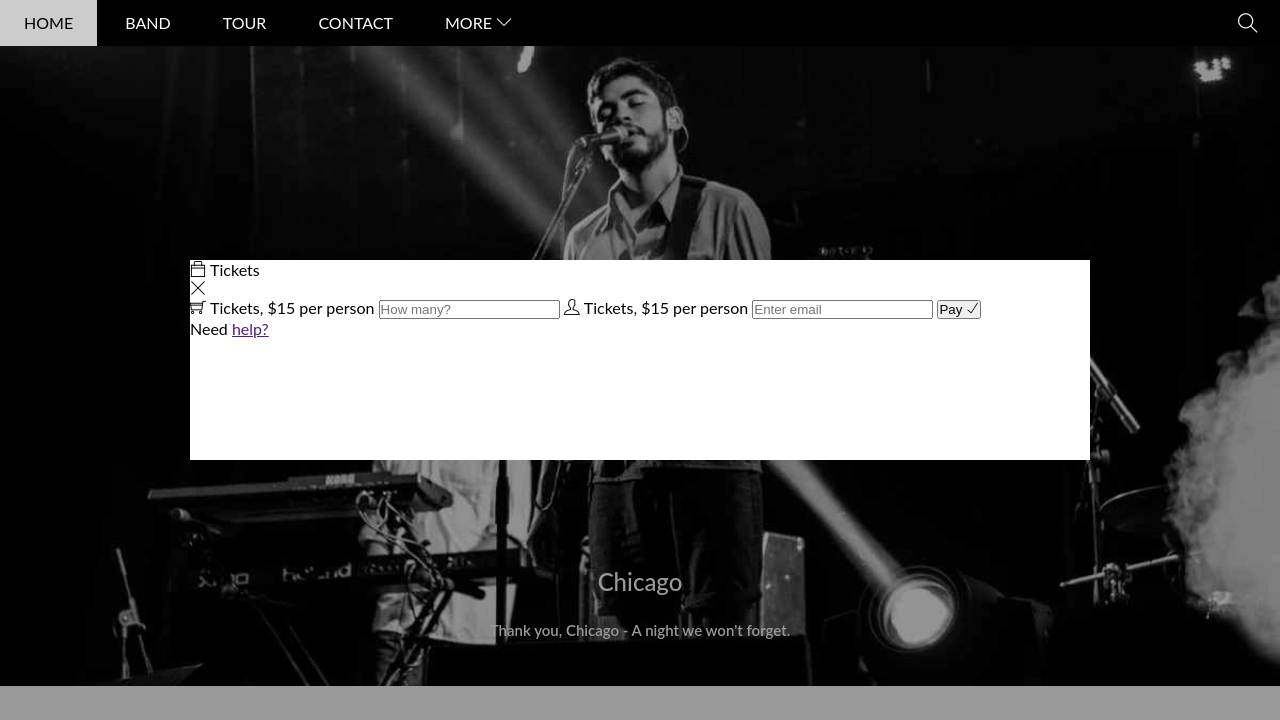
Repository: tatvanhco/web-dau-tay
Page: index.html
These files come from the project's save history. The page is drawn as it stood at one moment and after the next save; the edit follows.
The browser window is 1280 px wide. The pictures show the window.
A layer covers the whole window, so only the first screen is drawn.

Above is the page before, as saved 2022-01-24 17:34:52.

### index.html
<!DOCTYPE html>
<html lang="en">
<head>
    <meta charset="UTF-8">
    <!-- <meta http-equiv="X-UA-Compatible" content="IE=edge"> -->
    <meta name="viewport" content="width=device-width, initial-scale=1.0">
    <title>the band</title>
    <link rel="shortcut icon" href="./assets/img/band/logo.png" type="image/x-icon">
    <link rel="stylesheet" href="./assets/fronts/themify-icons/themify-icons.css">
    <link rel="stylesheet" href="./assets/css/style.css">
    <link rel="stylesheet" href="./assets/css/responsive.css">
</head>
<body>
    <div id="main">
        <div id="header">
            <ul id="nav">
                <li><a href="#">home</a></li>
                <li><a href="#band">band</a></li>
                <li><a href="#tour">tour</a></li>
                <li><a href="#contact">contact</a></li>
                <li>
                    <a href="#">more
                        <i class="drop-down ti-angle-down"></i>
                    </a>
                    <div class="subnav">
                        <ul>
                            <li><a href="#">Merchandise</a></li>
                            <li><a href="#">Extras</a></li>
                            <li><a href="#">Media</a></li>
                        </ul>
                    </div>
                </li>
            </ul>
            <div class="search-btn">
                <i class="search-icon ti-search"></i>
            </div>
        </div>
        <div id="slide">
            <div class="text-content">
                <h2 class="text-heading">Chicago</h2>
                <div class="text-desc">Thank you, Chicago - A night we won't forget.</div>
            </div>
        </div>
        <div id="content">
            <div id="band" class="content-section">
                <h2 class="section-heading">THE BAND</h2>
                <p class="section-sub-heading">We love music</p>
                <p class="about">
                    We have created a fictional band website. Lorem ipsum dolor sit amet, consectetur adipiscing elit, sed do eiusmod tempor incididunt ut labore et dolore magna aliqua. Ut enim ad minim veniam, quis nostrud exercitation ullamco laboris nisi ut aliquip ex ea commodo consequat. Duis aute irure dolor in reprehenderit in voluptate velit esse cillum dolore eu fugiat nulla pariatur. Excepteur sint occaecat cupidatat non proident, sunt in culpa qui officia deserunt mollit anim id est laborum consectetur adipiscing elit, sed do eiusmod tempor incididunt ut labore et dolore magna aliqua. Ut enim ad minim veniam, quis nostrud exercitation ullamco laboris nisi ut aliquip ex ea commodo consequat.
                </p>
                <div class="row team">
                    <div class="col col-3 text-center">
                        <p class="team-name">Name</p>
                        <img src="./assets/img/band/member.jpg" class="team-img">
                    </div>

                    <div class="col col-3 text-center">
                        <p class="team-name">Name</p>
                        <img src="./assets/img/band/member.jpg" class="team-img">
                    </div>

                    <div class="col col-3 text-center">
                        <p class="team-name">Name</p>
                        <img src="./assets/img/band/member.jpg" class="team-img">
                    </div>
                </div>
            </div>

            <div id="tour" class="tour-section">
                <div class="content-section">
                    <h2 class="text-white section-heading">TOUR DATES</h2>
                    <p class="text-white section-sub-heading">Remember to book your tickets!</p>
                    <ul class="ticket-list">
                        <li>September<span class="soldout">Sold out</span></li>
                        <li>October<span class="soldout">Sold out</span></li>
                        <li>November<span class="quatity">3</span></li>
                    </ul>
                    <div class="row place-list">
                        <div class="col col-3">
                            <img src="./assets/img/places/place1.jpg" class="place-img">
                            <div class="place-body">
                                <h3 class="place-heading">New York</h3>
                                <p class="place-time">Fri 27 Nov 2016</p>
                                <p class="place-desc">Praesent tincidunt sed tellus ut rutrum sed vitae justo.</p>
                                <a href="#" class="btn">Buy Tickets</a>
                            </div>
                        </div>
                        <div class="col col-3">
                            <img src="./assets/img/places/place2.jpg" class="place-img">
                            <div class="place-body">
                                <h3 class="place-heading">Paris</h3>
                                <p class="place-time">Sat 28 Nov 2016</p>
                                <p class="place-desc">Praesent tincidunt sed tellus ut rutrum sed vitae justo.</p>
                                <a href="#" class="btn">Buy Tickets</a>
                            </div>
                        </div>
                        <div class="col col-3">
                            <img src="./assets/img/places/place3.jpg" class="place-img">
                            <div class="place-body">
                                <h3 class="place-heading">San Francisco</h3>
                                <p class="place-time">Sun 29 Nov 2016</p>
                                <p class="place-desc">Praesent tincidunt sed tellus ut rutrum sed vitae justo.</p>
                                <a href="#" class="btn">Buy Tickets</a>
                            </div>
                        </div>
                    </div>
                </div>
            </div>

            <div id="contact" class="content-section">
                <h2 class="section-heading">CONTACT</h2>
                <p class="section-sub-heading">Fan? Drop a note!</p>
                <div class="row contact-content">
                    <div class="col col-2 contact-info">
                        <p><i class="ti-location-pin"></i>Chicago, US</p>
                        <p><i class="ti-mobile"></i>Phone: +00 151515</p>
                        <p><i class="ti-email"></i>Email: mail@mail.com</p>
                    </div>
                    <div class="col col-2 contact-form">
                        <form action="">
                            <div class="row">
                                <div class="col col-2">
                                    <input type="text" placeholder="Name" required class="form-control">
                                </div>
                                <div class="col col-2">
                                    <input type="email" placeholder="Email" required class="form-control">
                                </div>
                            </div>
                            <div class="row mt-8">
                                <div class="col col-full">
                                    <input type="text" placeholder="Message" required class="form-control">
                                </div>
                            </div>
                            <input class="btn pull-right mt-16" type="submit" value="SEND">
                        </form>
                    </div>
                </div>
            </div>

            <div class="map-section">
                <img src="./assets/img/places/map.jpg" alt="map">
            </div>
        </div>

        <div id="footer">
            <div class="end-list">
                <a href=""><i class="ti-facebook"></i></a>
                <a href=""><i class="ti-instagram"></i></a>
                <a href=""><i class="ti-github"></i></a>
                <a href=""><i class="ti-pinterest"></i></a>
                <a href=""><i class="ti-twitter-alt"></i></a>
                <a href=""><i class="ti-linkedin"></i></a>
            </div>
            <p class="copy-right">Powered by <a href="https://www.w3schools.com/w3css/default.asp">W3.css</a></p>
        </div>
    </div>

    <div class="modal">
        <div class="modal-container">
            <header class="modal-header">
                <i class="ti-bag"></i>
                Tickets
            </header>
            <div class="close-btn">
                <i class="ti-close"></i>
            </div>
            <div class="modal-body">
                <label for="" class="modal-label">
                    <i class="ti-shopping-cart"></i>
                    Tickets, $15 per person
                </label>
                <input type="text" placeholder="How many?" class="modal-input">

                <label for="" class="modal-label">
                    <i class="ti-user"></i>
                    Tickets, $15 per person
                </label>
                <input type="email" placeholder="Enter email" class="modal-input">

                <button class="buy-titkets">
                    Pay <i class="ti-check"></i>
                </button>
            </div>
            <footer class="modal-footer">
                <p class="modal-help">Need <a href="">help?</a> </p>
            </footer>
        </div>
    </div>
</body>
</html>

### assets/css/style.css
/* reset trang */
* {
    margin: 0;
    padding: 0;
    box-sizing: border-box;
}

html {
    scroll-behavior: smooth;
    font-family: "Lato", sans-serif;
}
/* dùng chung */
.clear {
    clear: both;
}

.text-white {
    color: #fff !important;
}

.text-center {
    text-align: center;
}

.pull-right {
    float: right !important;
}

.btn {
    color: #fff;
    background-color: #000;
    text-decoration: none;
    padding: 12px 16px;
    margin-top: 15px;
    display: inline-block;
    border: none;
}

.btn:hover {
    color: #000;
    background-color: #ccc;
    cursor: pointer;
}


.row {
    margin-left: -8px;
    margin-right: -8px;
}

.row::after {
    content: "";
    display: block;
    clear: both;
}

.col {
    float: left;
    padding-left: 8px;
    padding-right: 8px;
}

.col-3 {
    width: 33.33333%;
}

.col-2 {
    width: 50%;
}

.col-full {
    width: 100%;
}

.mt-8 {
    margin-top: 8px !important;
}

.mt-16 {
    margin-top: 16px !important;
}
/* css từng thành phần */
#header {
    width: 100%;
    height: 46px;
    background-color: #000;
    position: fixed;
    top: 0;
    left: 0;
    right: 0;
    z-index: 1;
}
#nav {
    display: inline-block;
}

#nav > li {
    display: inline-block;
}

#nav li {
    position: relative;
    list-style-type: none;
}

#nav > li > a {
    color: #fff;
    text-transform: uppercase;
}

#nav li a {
    text-decoration: none;
    padding: 0 24px;
    line-height: 46px;
    display: block;

}

#nav li:hover .subnav {
    display: block;
}

#nav .subnav li:hover a,
#nav > li:hover > a {
    background-color: #ccc;
    color: #000;
}

#nav .subnav {
    display: none;
    min-width: 160px;
    position: absolute;
    top: 100%;
    left: 0;
    background-color: #fff;
    box-shadow: 0 0 10px rgba(0, 0, 0, 0.3);
}

#nav .subnav a {
    color: #000;
    padding: 0px 24px;
    line-height: 38px;
}

#header .search-btn {
    float: right;
    padding: 0 22px;
    cursor: pointer;
}

#header .search-btn:hover {
    background-color: #f44336;
}

#header .search-icon {
    color: #fff;
    font-size: 20px;
    line-height: 46px;
}

#slide {
    position: relative;
    margin-top: 46px;
    padding-top: 50%;
    background: url(/assets/img/slider/chicago.jpg) top center / cover no-repeat;
}

#slide .text-content {
    color: #fff;
    position: absolute;
    bottom: 47px;
    /* cách canh giữa
    left: 50%;
    transform: translateX(-50%); */
    width: 100%;
    text-align: center;
}

#slide .text-heading {
    font-weight: 500;
    font-size: 24px;
}

#slide .text-desc {
    font-weight: 600;
    margin-top: 25px;
    font-size: 15px;
}

#content {

}

#content .content-section {
    max-width: 800px;
    margin-left: auto;
    margin-right: auto;
    padding: 64px 0 112px;
}

#content .section-heading,
#content .section-sub-heading {
    text-align: center;
    margin: 25px 0;
}

#content .section-heading {
    font-size: 30px;
    font-weight: 500;
    letter-spacing: 4px;
}

#content .section-sub-heading {
    font-size: 15px;
    opacity: 0.5;
    font-style: italic;
}

#content .about {
    text-align: justify;
    line-height: 1.5;
}

#content .team {
    margin-top: 48px;
}

#content .team-name {
    margin: 15px 0;
}

#content .team-img {
    width: 60%;
    border-radius: 4px;
    text-align: center;
}

.tour-section {
    background-color: #000;
}

.ticket-list {
    background-color: #fff;
}

.ticket-list li {
    color: #757575;
    list-style-type: none;
    font-size: 15px;
    border: 1px solid #ddd;
    padding: 11px 16px;
}

.ticket-list .soldout {
    color: #fff;
    margin-left: 12px;
    padding: 5px 7px;
    background-color: #f44336;
}

.ticket-list .quatity {
    float: right;
    width: 24px;
    height: 24px;
    border-radius: 50%;
    background-color: #000;
    color: #fff;
    text-align: center;
    line-height: 24px;
    margin-top: -2px;
}

.place-list {
    /* margin: 32px 48px; */
    margin-top: 32px;
    /* margin-bottom: 48px; */
}

.place-img {
    width: 100%;
    display: block;
}

.place-img:hover {
    opacity: 0.6;
}

.place-body {
    background-color: #fff;
    padding: 16px;
    font-size: 15px;
}

.place-heading {
    font-size: 15px;
    font-weight: 600;
}

.place-time {
    color: #757575;
    margin-top: 15px;
}

.place-desc {
    margin-top: 15px;
}

/* contact-form */
.contact-content {
    margin-top: 48px;

}

.contact-info {
    font-size: 18px;
    line-height: 1.5;
}

.contact-info i[class*="ti-"] {
    width: 30px;
    display: inline-block;
}

.contact-form {
    font-size: 15px;
}

.contact-form .form-control {
    padding: 10px;
    border: 1px solid #ccc;
    width: 100%;
}

.map-section img {
    width: 100%;
    filter: grayscale(50%);
}

#footer {
    padding: 64px 16px;
    text-align: center;
}

#footer .end-list {
    font-size: 24px;
}

#footer .end-list a {
    text-decoration: none;
    color: rgba(0, 0, 0, 0.6);
}

#footer .end-list a:hover {
    color: rgba(0, 0, 0, 0.8);
}

#footer .copy-right {
    font-size: 15px;
    margin: 20px;
    color: rgba(0, 0, 0, 0.6);
}

#footer .copy-right a {
    color: rgba(0, 0, 0, 0.6);
}

.modal {
    position: fixed;
    top: 0;
    bottom: 0;
    left: 0;
    right: 0;
    background-color: rgba(0, 0, 0, 0.4);
    display: flex;
    align-items: center;
    justify-content: center;
}

header .modal-header {
    background-color: #009688;
}

.modal-container {
    background-color: #fff;
    width: 900px;
    min-height: 200px;
}

Loaded but not shown: assets/fronts/themify-icons/themify-icons.css (common file); assets/css/responsive.css (no copy from this time; the picture is the same without it)

After the next save:
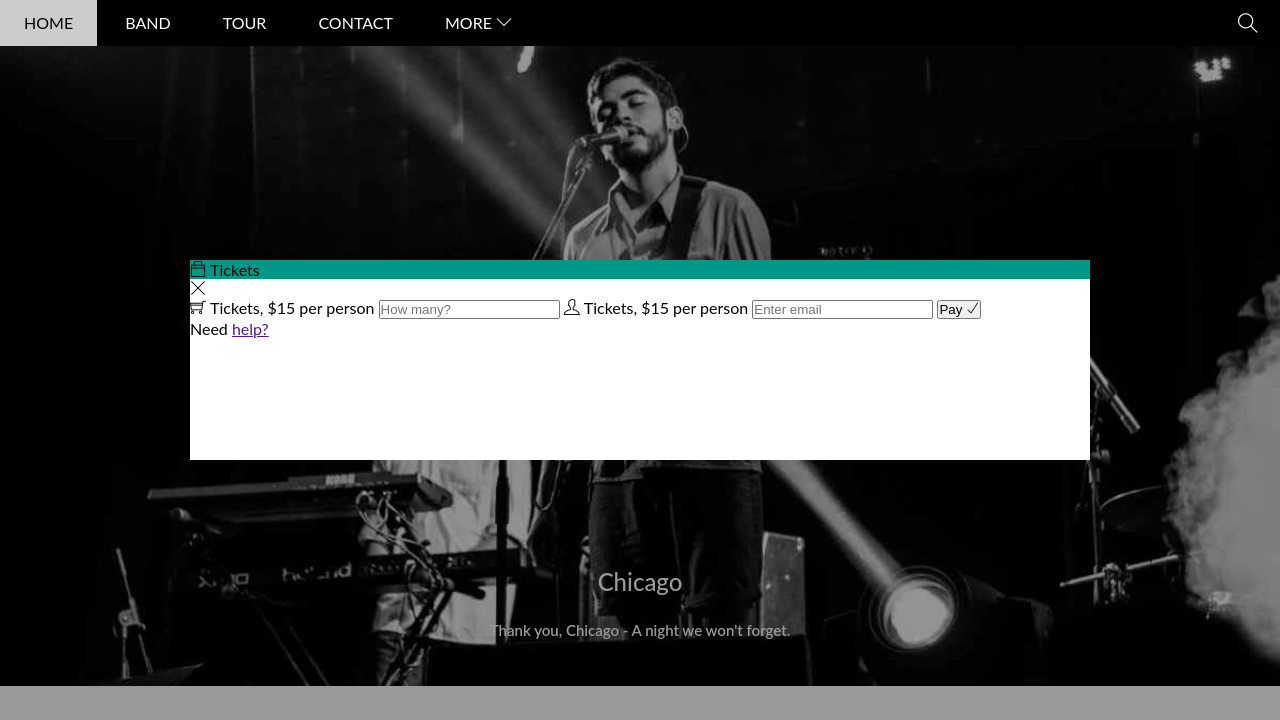
Saved 89 s later.
--- a/assets/css/style.css
+++ b/assets/css/style.css
@@ -376,7 +376,7 @@ html {
     justify-content: center;
 }
 
-header .modal-header {
+header.modal-header {
     background-color: #009688;
 }
 
